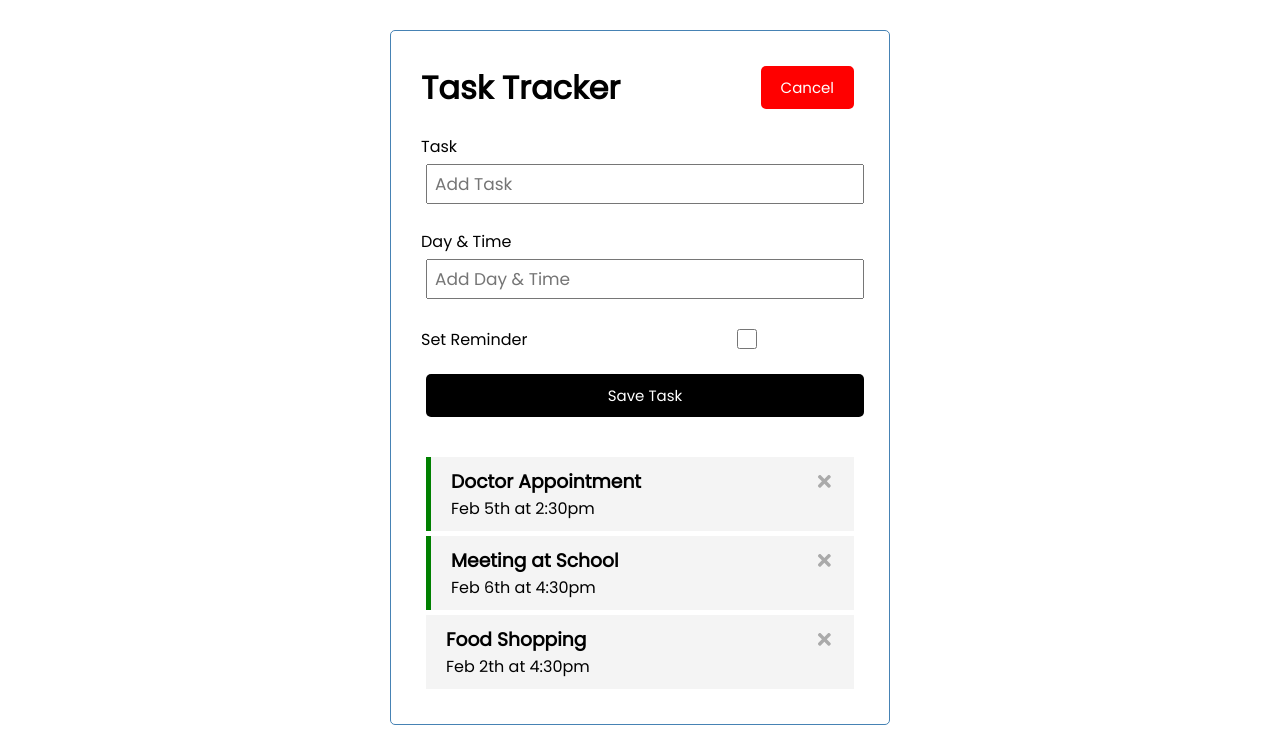
Repository: kate30980/task-tracker-reactjs
Page: /
An editor plug-in stored every save of this project. The page is shown before and after the next save, followed by the edit.
The browser window is 1280 px wide. The pictures show the whole page.
The project was rebuilt for these pictures with package versions that can differ from the ones it lists, and the page was loaded fresh each time.

Above is the page before, as saved 2021-09-19 21:31:16.

### public/index.html
<!DOCTYPE html>
<html lang="en">

<head>
  <meta charset="utf-8" />
  <link rel="icon" href="%PUBLIC_URL%/favicon.ico" />
  <meta name="viewport" content="width=device-width, initial-scale=1" />
  <meta name="theme-color" content="#000000" />
  <meta name="description" content="Web site created using create-react-app" />
  <link rel="apple-touch-icon" href="%PUBLIC_URL%/logo192.png" />
  <!--
      manifest.json provides metadata used when your web app is installed on a
      user's mobile device or desktop. See https://developers.google.com/web/fundamentals/web-app-manifest/
    -->
  <link rel="manifest" href="%PUBLIC_URL%/manifest.json" />
  <!--
      Notice the use of %PUBLIC_URL% in the tags above.
      It will be replaced with the URL of the `public` folder during the build.
      Only files inside the `public` folder can be referenced from the HTML.

      Unlike "/favicon.ico" or "favicon.ico", "%PUBLIC_URL%/favicon.ico" will
      work correctly both with client-side routing and a non-root public URL.
      Learn how to configure a non-root public URL by running `npm run build`.
    -->
  <title>Task Tracker</title>
</head>

<body>
  <noscript>You need to enable JavaScript to run this app.</noscript>
  <div id="root"></div>
  <!--
      This HTML file is a template.
      If you open it directly in the browser, you will see an empty page.

      You can add webfonts, meta tags, or analytics to this file.
      The build step will place the bundled scripts into the <body> tag.

      To begin the development, run `npm start` or `yarn start`.
      To create a production bundle, use `npm run build` or `yarn build`.
    -->
</body>

</html>

### src/index.css
@import url('https://fonts.googleapis.com/css2?family=Poppins:wght@300;400&display=swap');

* {
  box-sizing: border-box;
  margin: 0;
  padding: 0;
}

body {
  font-family: 'Poppins', sans-serif;
}

.container {
  max-width: 500px;
  margin: 30px auto;
  overflow: auto;
  min-height: 300px;
  border: 1px solid steelblue;
  padding: 30px;
  border-radius: 5px;
}

.header {
  display: flex;
  justify-content: space-between;
  align-items: center;
  margin-bottom: 20px;
}

.btn {
  display: inline-block;
  background: #000;
  color: #fff;
  border: none;
  padding: 10px 20px;
  margin: 5px;
  border-radius: 5px;
  cursor: pointer;
  text-decoration: none;
  font-size: 15px;
  font-family: inherit;
}

.btn:focus {
  outline: none;
}

.btn:active {
  transform: scale(0.98);
}

.btn-block {
  display: block;
  width: 100%;
}

.task {
  background: #f4f4f4;
  margin: 5px;
  padding: 10px 20px;
  cursor: pointer;
}

.task.reminder {
  border-left: 5px solid green;
}

.task h3 {
  display: flex;
  align-items: center;
  justify-content: space-between;
}

.add-form {
  margin-bottom: 40px;
}

.form-control {
  margin: 20px 0;
}

.form-control label {
  display: block;
}

.form-control input {
  width: 100%;
  height: 40px;
  margin: 5px;
  padding: 3px 7px;
  font-size: 17px;
  font-family: inherit;
}

.form-control-check {
  display: flex;
  align-items: center;
  justify-content: space-between;
}

.form-control-check label {
  flex: 1;
}

.form-control-check input {
  flex: 1;
  height: 20px;
}

footer {
  margin-top: 30px;
  text-align: center;
}

### src/App.js
import { useState } from "react";
import Header from "./components/Header";
import Tasks from "./components/Tasks";
import AddTask from "./components/AddTask";

function App() {
  const [showAddTask, setShowAddTask] = useState(true);
  const [tasks, setTasks] = useState([
    {
      id: 1,
      text: "Doctor Appointment",
      day: "Feb 5th at 2:30pm",
      reminder: true,
    },
    {
      id: 2,
      text: "Meeting at School",
      day: "Feb 6th at 4:30pm",
      reminder: true,
    },
    {
      id: 3,
      text: "Food Shopping",
      day: "Feb 2th at 4:30pm",
      reminder: false,
    },
  ]);

  //Add Task
  const addTask = (task) => {
    const id = Math.floor(Math.random() * 10000) + 1;
    const newTask = { id, ...task };
    setTasks([...tasks, newTask]);
  };

  // Delete tasks
  const deleteTask = (id) => {
    setTasks(tasks.filter((task) => task.id !== id));
  };

  //Toogle reminder
  const toggleReminder = (id) => {
    setTasks(
      tasks.map((task) =>
        task.id === id ? { ...task, reminder: !task.reminder } : task
      )
    );
  };

  return (
    <div className="container">
      <Header
        onAdd={() => setShowAddTask(!showAddTask)}
        showAdd={showAddTask}
      />
      {showAddTask && <AddTask onAdd={addTask} />}
      {tasks.length > 0 ? (
        <Tasks tasks={tasks} onDelete={deleteTask} onToggle={toggleReminder} />
      ) : (
        "No Tasks To Show"
      )}
    </div>
  );
}

export default App;

### src/components/Header.js
import PropTypes from "prop-types";
import Button from "./Button";

const Header = ({ title, onAdd, showAdd }) => {
  return (
    <header className="header">
      <h1>{title}</h1>
      <Button
        color={showAdd ? "red" : "green"}
        text={showAdd ? "Cancel" : "Add"}
        onClick={onAdd}
      />
    </header>
  );
};

Header.defaultProps = {
  title: "Task Tracker",
};

Header.propTypes = {
  title: PropTypes.string.isRequired,
};

export default Header;

### src/components/AddTask.js
import { useState } from "react";

const AddTask = ({ onAdd }) => {
  const [text, setText] = useState("");
  const [day, setDay] = useState("");
  const [reminder, setReminder] = useState(false);

  const onSubmit = (e) => {
    e.preventDefault();

    if (!text) {
      alert("Please add a task");
      return;
    }

    onAdd({ text, day, reminder });

    setText("");
    setDay("");
    setReminder(false);
  };

  return (
    <form className="add-form" onSubmit={onSubmit}>
      <div className="form-control">
        <label>Task</label>
        <input
          type="text"
          placeholder="Add Task"
          value={text}
          onChange={(e) => setText(e.target.value)}
        />
      </div>
      <div className="form-control">
        <label>Day & Time</label>
        <input
          type="text"
          placeholder="Add Day & Time"
          value={day}
          onChange={(e) => setDay(e.target.value)}
        />
      </div>
      <div className="form-control form-control-check">
        <label>Set Reminder</label>
        <input
          type="checkbox"
          checked={reminder}
          value={reminder}
          onChange={(e) => setReminder(e.currentTarget.checked)}
        />
      </div>

      <input type="submit" value="Save Task" className="btn btn-block" />
    </form>
  );
};

export default AddTask;

### src/components/Task.js
import { FaTimes } from "react-icons/fa";

const Task = ({ task, onDelete, onToggle }) => {
  return (
    <div
      className={`task ${task.reminder ? "reminder" : ""}`}
      onDoubleClick={() => onToggle(task.id)}
    >
      <h3>
        {task.text}{" "}
        <FaTimes
          style={{ color: "#aaa", cursor: "pointer" }}
          onClick={() => onDelete(task.id)}
        />
      </h3>
      <p>{task.day}</p>
    </div>
  );
};

export default Task;

Loaded but not shown: src/index.js (common file); src/reportWebVitals.js (common file); src/components/Tasks.js (common file); src/components/Button.js (common file)

After the next save:
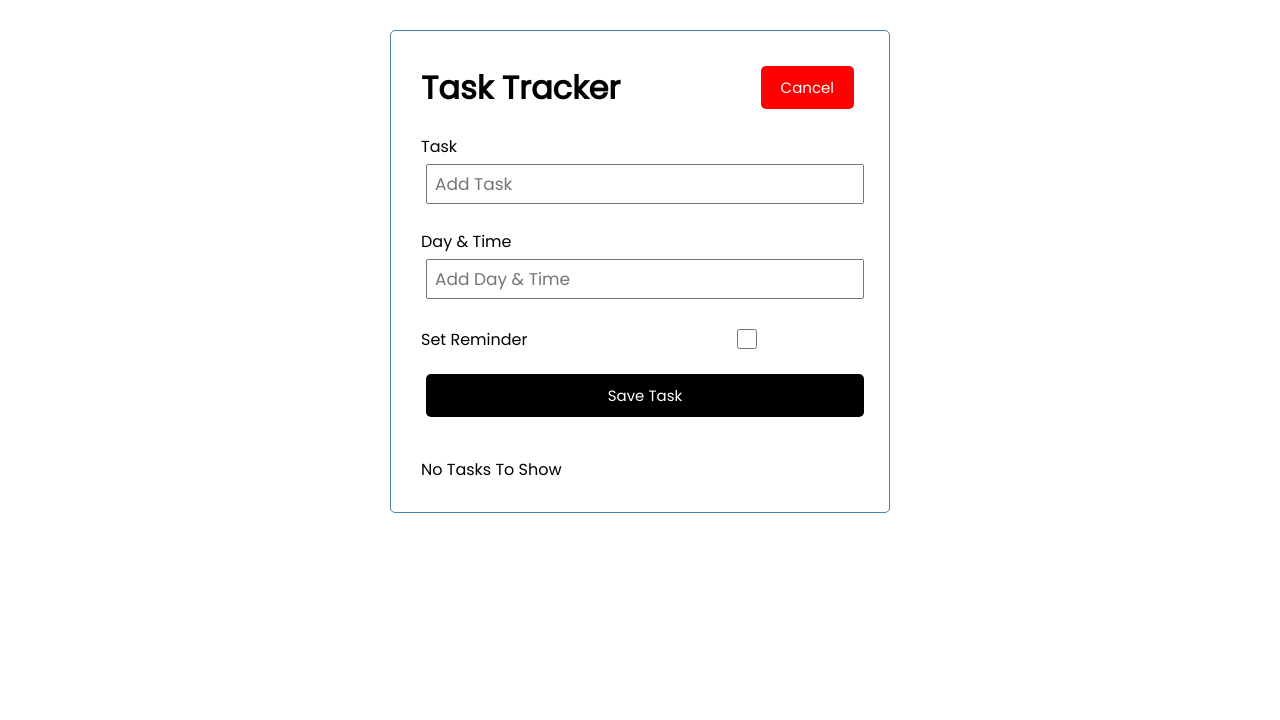
Saved 101 s later.
--- a/src/App.js
+++ b/src/App.js
@@ -5,26 +5,7 @@ import AddTask from "./components/AddTask";
 
 function App() {
   const [showAddTask, setShowAddTask] = useState(true);
-  const [tasks, setTasks] = useState([
-    {
-      id: 1,
-      text: "Doctor Appointment",
-      day: "Feb 5th at 2:30pm",
-      reminder: true,
-    },
-    {
-      id: 2,
-      text: "Meeting at School",
-      day: "Feb 6th at 4:30pm",
-      reminder: true,
-    },
-    {
-      id: 3,
-      text: "Food Shopping",
-      day: "Feb 2th at 4:30pm",
-      reminder: false,
-    },
-  ]);
+  const [tasks, setTasks] = useState([]);
 
   //Add Task
   const addTask = (task) => {
